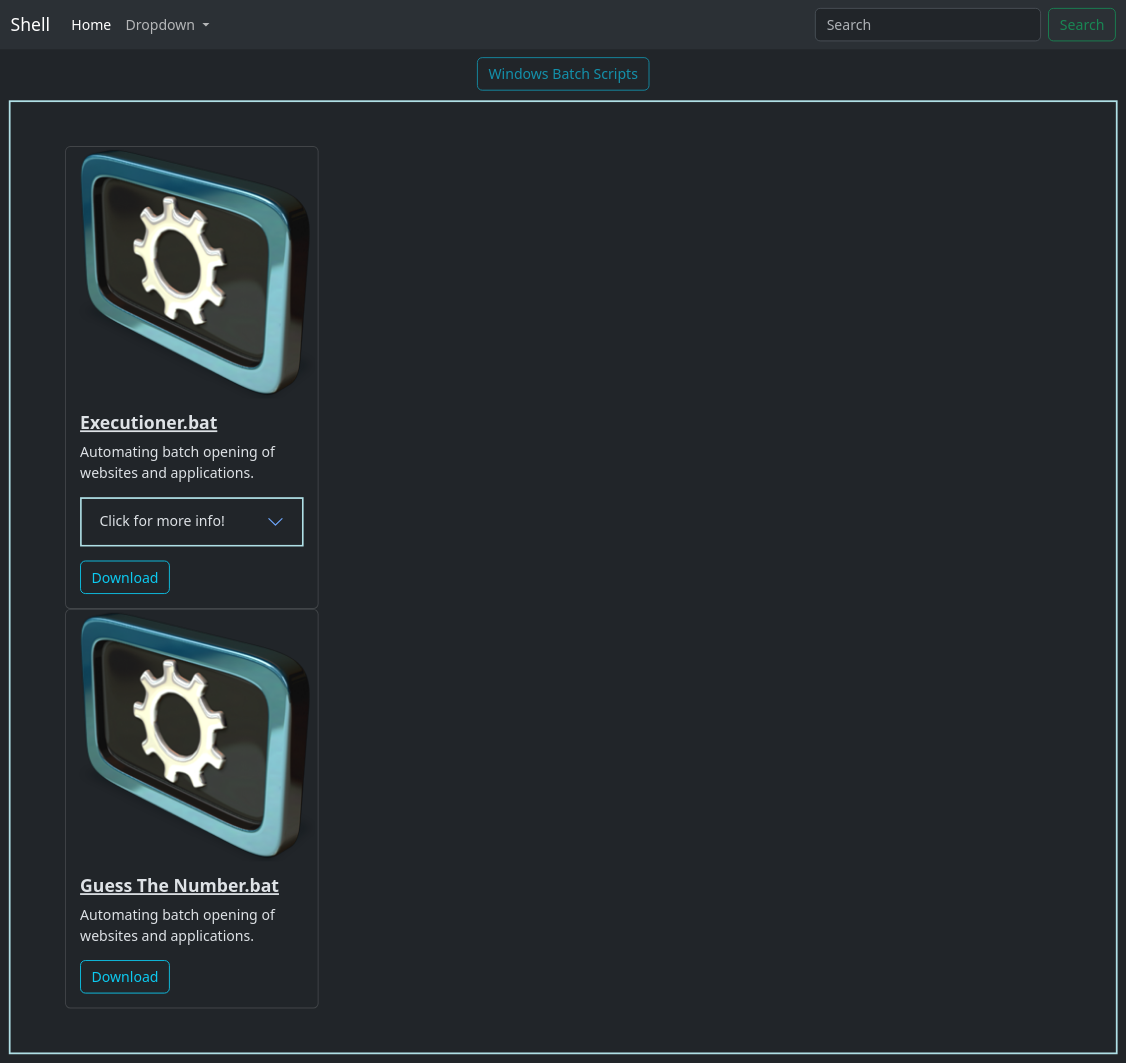
Repository: VictoriousMango/Archive
Page: index.html
The author's editor kept a copy of each file at every save. The page is drawn from the files as they stood at one save, then again after the next save.
The browser window is 1280 px wide. The pictures show the whole page, at 88% of full size.

Above is the page before, as saved 2024-10-05 19:51:24.

### index.html
<!doctype html>
<html lang="en">
    <head>
        <meta charset="utf-8">
        <meta name="viewport" content="width=device-width, initial-scale=1">
        <title>Bootstrap demo</title>
        <link href="https://cdn.jsdelivr.net/npm/bootstrap@5.3.3/dist/css/bootstrap.min.css" rel="stylesheet" integrity="sha384-QWTKZyjpPEjISv5WaRU9OFeRpok6YctnYmDr5pNlyT2bRjXh0JMhjY6hW+ALEwIH" crossorigin="anonymous">    </head>
    <body data-bs-theme="dark">
        <!-- NavBar -->
        <nav class="navbar navbar-expand-lg bg-body-tertiary ">
            <div class="container-fluid">
                <a href="#" class="navbar-brand" role="button" onclick="Toggling()">Shell</a>
              <button class="navbar-toggler" type="button" data-bs-toggle="collapse" data-bs-target="#navbarSupportedContent" aria-controls="navbarSupportedContent" aria-expanded="false" aria-label="Toggle navigation">
                <span class="navbar-toggler-icon"></span>
              </button>
                <div class="collapse navbar-collapse" id="navbarSupportedContent">
                    <ul class="navbar-nav me-auto mb-2 mb-lg-0">
                    <li class="nav-item">
                        <a class="nav-link active" href="https://victoriousmango.github.io/Portfolio/">Home</a>
                    </li>
                    <li class="nav-item dropdown">
                        <a class="nav-link dropdown-toggle" href="#" role="button" data-bs-toggle="dropdown" aria-expanded="false">
                        Dropdown
                        </a>
                        <ul class="dropdown-menu">
                        <li><a class="dropdown-item" href="#Batch">Windows Batch Scripts</a></li>
                        </ul>
                    </li>
                    </ul>
                    <form class="d-flex" role="search">
                        <input class="form-control me-2" type="search" placeholder="Search" aria-label="Search">
                        <button class="btn btn-outline-success" type="submit">Search</button>
                    </form>
                </div>
            </div>
        </nav>
        <!-- NavBar -->

        <!-- Windows Batch File -->
        <h1 style="text-align : center;" id="Batch"><button type="button" class="btn btn-outline-info" disabled>Windows Batch Scripts</button></h1>
        <div class="row" style="border: 2px solid powderblue; margin: 10px; padding: 50px;">
            <!-- First Card -->
            <div class="col">
                <div class="card" style="width: 18rem;">
                    <img src="Images\MS-DOS_Batch_File.png" class="card-img-top" alt="...">
                    <div class="card-body">
                        <h5 class="card-title"><b><u>Executioner.bat</u></b></h5>
                        <p class="card-text">
                            Automating batch opening of websites and applications.
                            <div class="accordion accordion-flush" id="accordionFlushExample">
                                <div class="accordion-item" style="border: 2px solid powderblue;">
                                  <h2 class="accordion-header">
                                    <button class="accordion-button collapsed" type="button" data-bs-toggle="collapse" data-bs-target="#flush-collapseOne" aria-expanded="false" aria-controls="flush-collapseOne">
                                      Click for more info!
                                    </button>
                                  </h2>
                                  <div id="flush-collapseOne" class="accordion-collapse collapse" data-bs-parent="#accordionFlushExample">
                                    <div class="accordion-body">
                                        <ul>
                                            <li>It will store different links in some sort of groups defined and structured by you.</li>
                                            <li>After creating groups, you can use this application to open multiple websites and applications in a batch simultaneously.</li>
                                            <li>This can be used as a productivity tool, for automating opening of few applications by entering just the name of group.</li>
                                        </ul>
                                    </div>
                                  </div>
                                </div>
                        </p>
                        <a href="Projects\Windows-Batch-file\Executioner.bat" class="btn btn-outline-info" download>Download</a>
                    </div>
                </div>
            </div>

            <!-- Second Card -->
            <div class="col">
                <div class="card" style="width: 18rem;">
                    <img src="Images\MS-DOS_Batch_File.png" class="card-img-top" alt="...">
                    <div class="card-body">
                        <h5 class="card-title"><b><u>Guess The Number.bat</u></b></h5>
                        <p class="card-text">
                            Automating batch opening of websites and applications.
                        </p>
                        <a href="Projects\Windows-Batch-file\Guess The Number.bat" class="btn btn-outline-info" download>Download</a>
                    </div>
                </div>
            </div>
        </div>
        <!-- Windows Batch File -->

        <!-- Including JS -->
        <script src="https://cdn.jsdelivr.net/npm/bootstrap@5.3.3/dist/js/bootstrap.bundle.min.js" integrity="sha384-YvpcrYf0tY3lHB60NNkmXc5s9fDVZLESaAA55NDzOxhy9GkcIdslK1eN7N6jIeHz" crossorigin="anonymous"></script>
        <!-- JS for the web page -->
        <script>
            function Toggling() {
                console.log("Clicked the toggle button")
                console.log()
                var element = document.body;
                element.dataset.bsTheme = element.dataset.bsTheme=="light"?"dark":"light"
            }
        </script>
    </body>
</html>

After the next save:
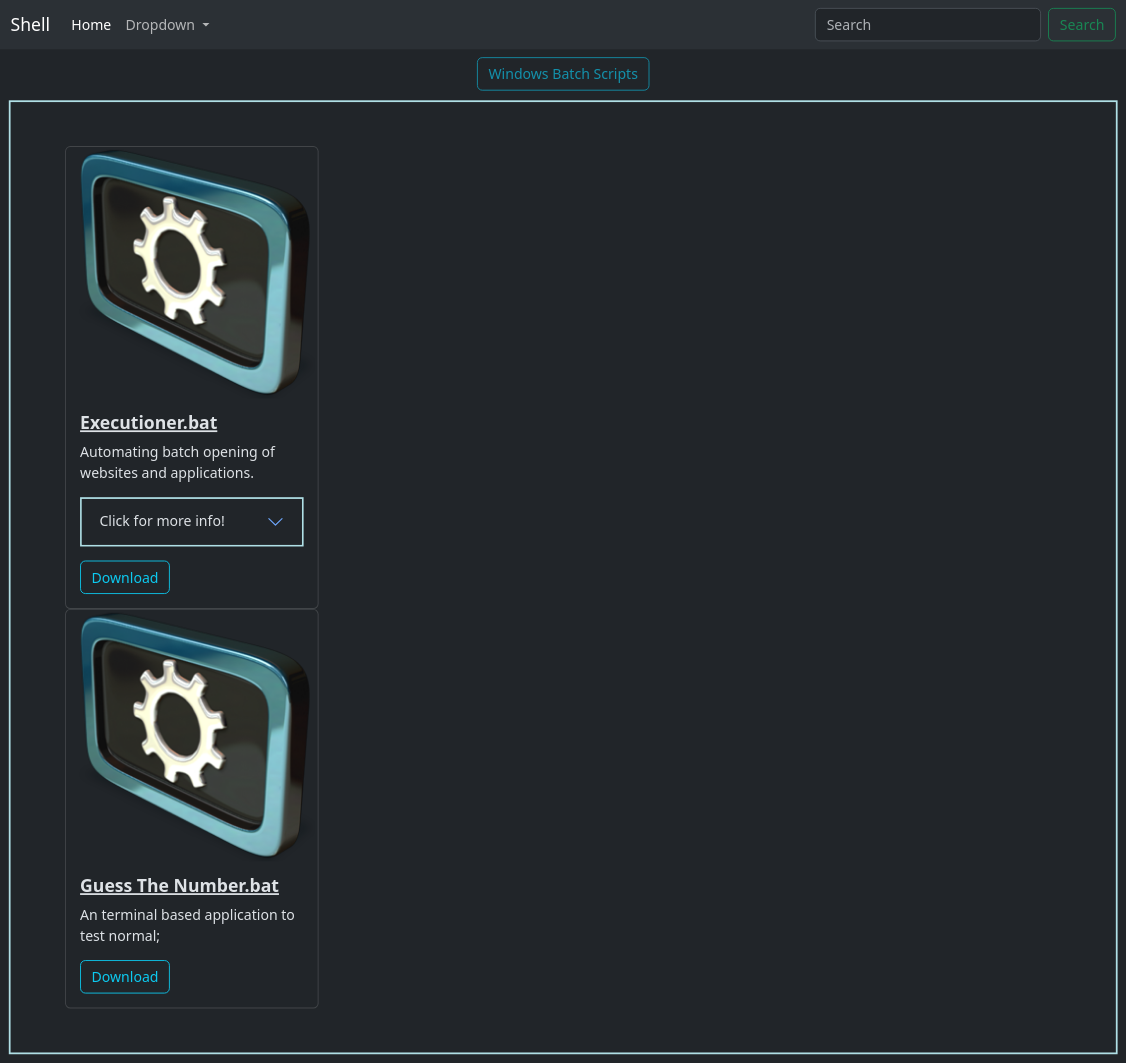
Saved 13 s later.
--- a/index.html
+++ b/index.html
@@ -77,7 +77,7 @@
                     <div class="card-body">
                         <h5 class="card-title"><b><u>Guess The Number.bat</u></b></h5>
                         <p class="card-text">
-                            Automating batch opening of websites and applications.
+                            An terminal based application to test normal;
                         </p>
                         <a href="Projects\Windows-Batch-file\Guess The Number.bat" class="btn btn-outline-info" download>Download</a>
                     </div>
